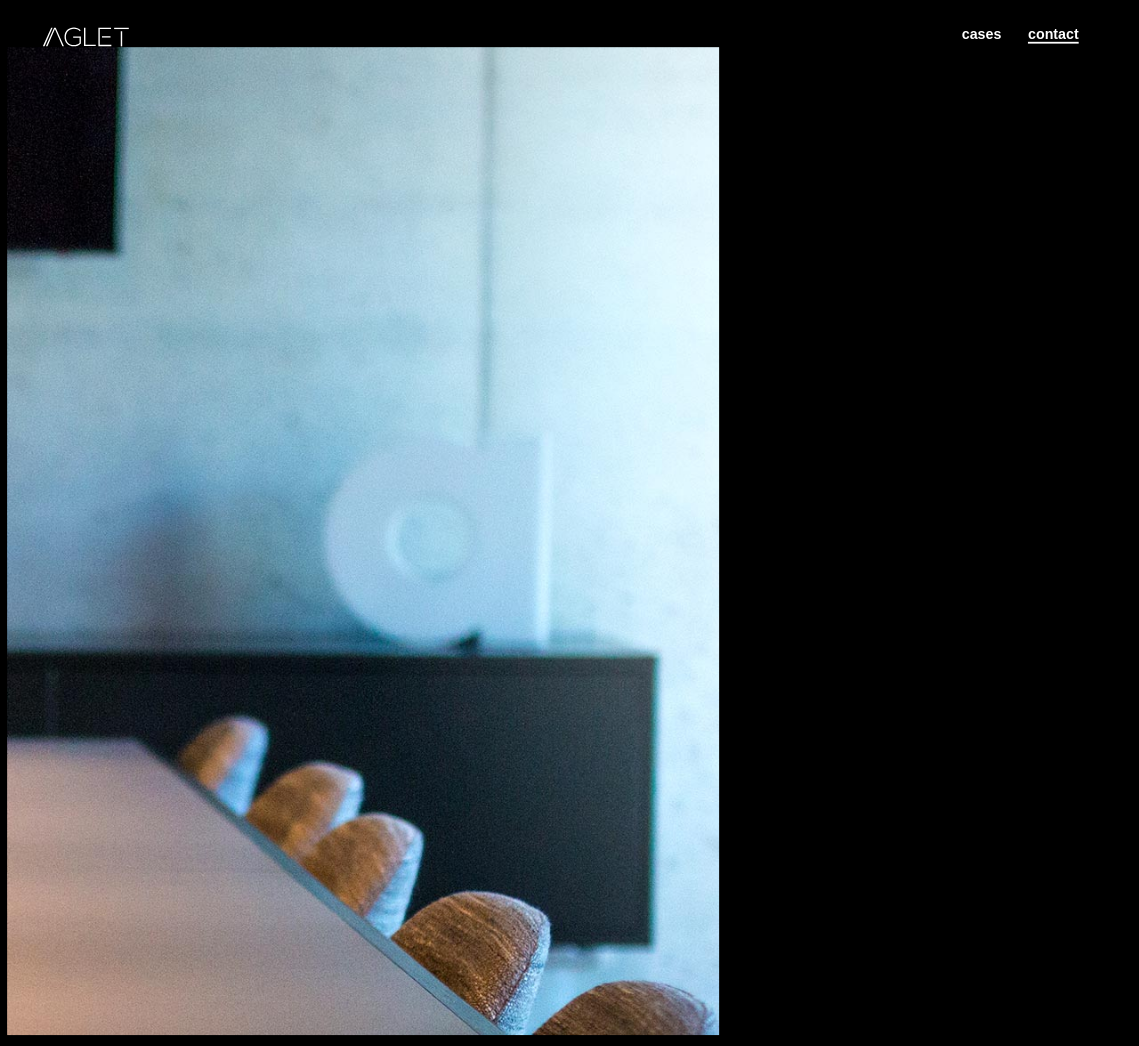
Repository: SamoraMabuya/Aglet
Page: contact.html
An editor plug-in stored every save of this project. The page is shown before and after the next save, followed by the edit.
The browser window is 1280 px wide. The pictures show the whole page, at 89% of full size.
The style sheet was rebuilt from its Sass, Less or Tailwind sources for each picture, by a compiler version that may differ from the author's.

Above is the page before, as saved 2020-11-16 15:32:50.

### contact.html
<!DOCTYPE html>
<html lang="en">

<head>
    <meta charset="UTF-8">
    <meta name="viewport" content="width=device-width, initial-scale=1.0">
    <title>Document</title>
    <link rel="stylesheet" href="style/contactstyle.css" />


</head>

<body>

    <nav class="navbar">
        <img class="logo" src="aglet_logo.svg">
        <div class="collapse" id="navbarNav">
            <ul class="nav-links">
                <div class="close">
                    <i class="fas fa-times"></i>
                </div>
                <li class="nav-item">
                    <a class="nav-link" href="index.html"><span>cases</span></a>
                </li>
                <li class="nav-item">
                    <a class="nav-link  active" href="contact.html"><span>contact</span></a>
                </li>
            </ul>
            <div class="icon">
                <i class="fas fa-bars"></i>
            </div>
        </div>
    </nav>
    <div class="image">
        <img src="images/contact-image.jpg">
    </div>

</body>

</html>

### style/contactstyle.scss
$black: black;
body {
    background-color: $black;
}

.navbar {
    display: flex;
    margin: 30px 0px 0px 0px;
}

.nav-links {
    display: flex;
    margin: 0px 0px 0px 0px;
    li {
        margin: 0px 30px 0px 0px;
        list-style: none;
        a {
            font-size: 16px;
            font-weight: 700;
            text-decoration: none;
            font-family: 'Montserrat', sans-serif;
            color: #ffff;
            position: relative;
        }
    }
}

.active {
    border-bottom: 2px solid #ffff;
}

.nav-link:not(.active):after {
    content: '';
    border-bottom: 2px solid #ffff;
    bottom: 0;
    left: 0;
    right: 100%;
    transition: all 500ms;
    position: absolute;
}

.nav-link:hover:after {
    right: 0;
}

.collapse {
    width: 100%;
    float: inline-end;
    display: flex;
    justify-content: flex-end;
    text-align: right;
    margin: 0px 30px 0px 0px;
}

.logo {
    width: 97.3px;
    height: 23px;
    margin: 0px 0px 0px 40px;
}

.image {
    width: 30%;
}

.image img {
    object-fit: contain;
}

After the next save:
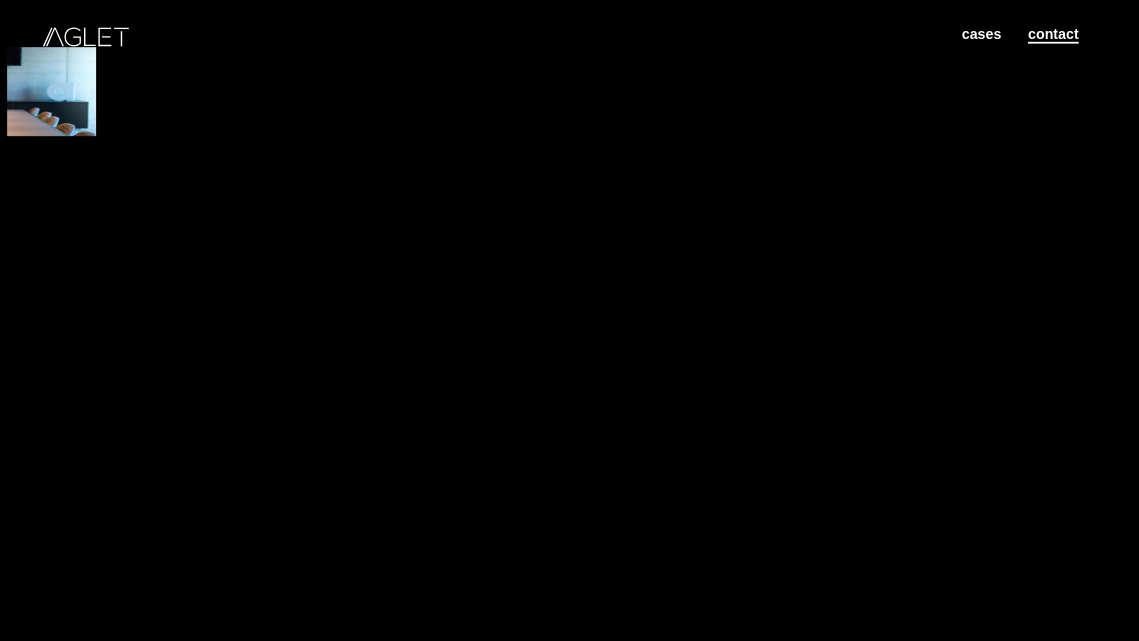
Saved 17 s later.
--- a/style/contactstyle.scss
+++ b/style/contactstyle.scss
@@ -59,9 +59,11 @@ body {
 }
 
 .image {
-    width: 30%;
+    width: 100px;
+    height: 100px;
 }
 
 .image img {
-    object-fit: contain;
+    width: 100px;
+    height: 100px;
 }
